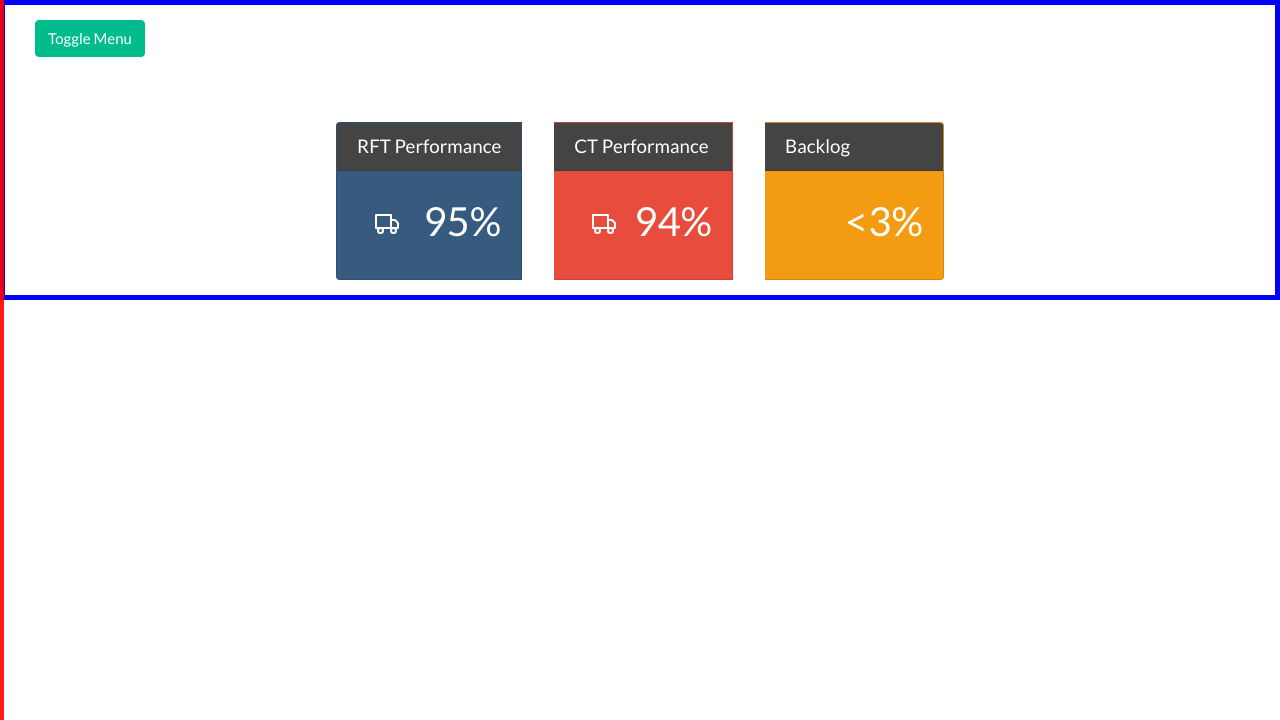
Repository: valenovi76/Delivery-Dashboard
Page: Index.html
The author's editor kept a record of every edit. The page is drawn from the files as they stood at one moment, then again after the next edit.
The browser window is 1280 px wide. The pictures show the whole page.
Some icons come from a web library that is not loaded, so they are not drawn. Some web libraries are served in a nearby version.

Above is the page before.
Console error: TypeError: Cannot read properties of null (reading 'textContent')

After the next edit:
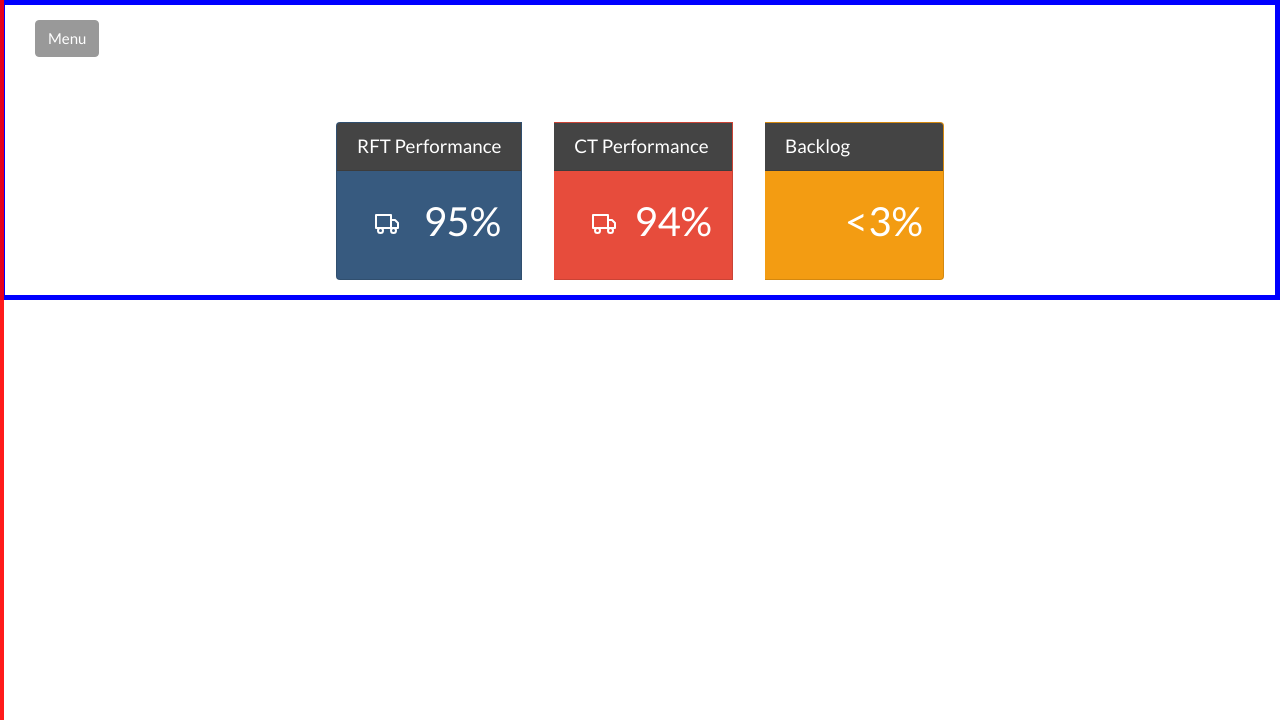
The edit:
--- a/Index.html
+++ b/Index.html
@@ -37,7 +37,7 @@
             <div class="container-fluid">
                 <div class="row">
                     <div class="col-lg-12">
-                            <a href="#" class="btn btn-success" id="menu-toggle">Toggle Menu</a>
+                            <a href="#" class="btn btn-light" id="menu-toggle">Menu</a>
                             <h1>Delivery KPIs Dashboard</h1>
                             <div class="row">
                               <div class="card-group mx-auto">
